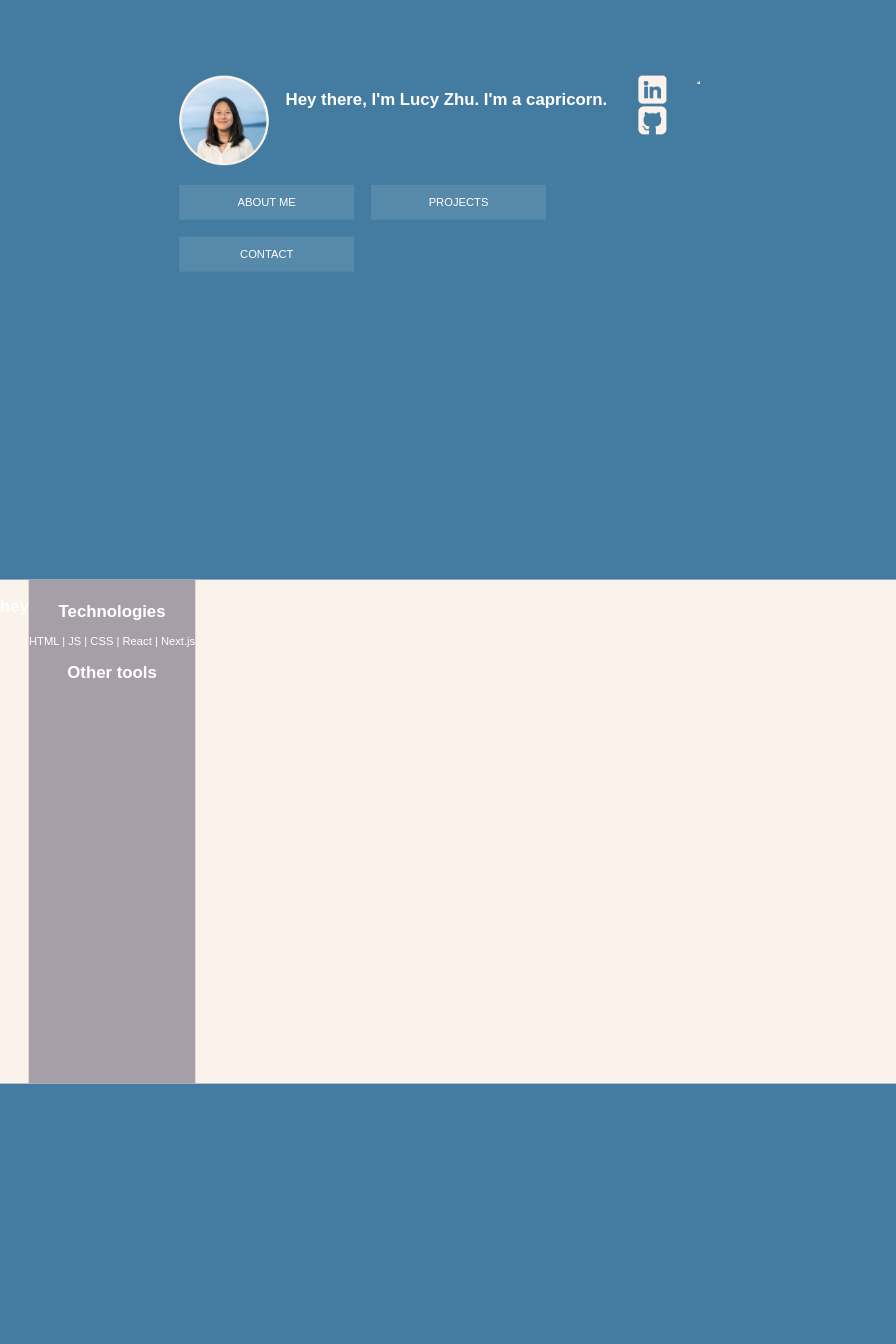
Repository: lukisoo/lukisoo-portfolio
Page: /
The author's editor kept a copy of each file at every save. The page is drawn from the files as they stood at one save, then again after the next save.
The browser window is 1280 px wide. The pictures show the part of the page from y = 0 to 1920 px (the page is 2988 px tall), at 70% of full size.
The project was rebuilt for these pictures with package versions that can differ from the ones it lists, and the page was loaded fresh each time.

Above is the page before, as saved 2022-07-31 06:53:35.

After the next save:
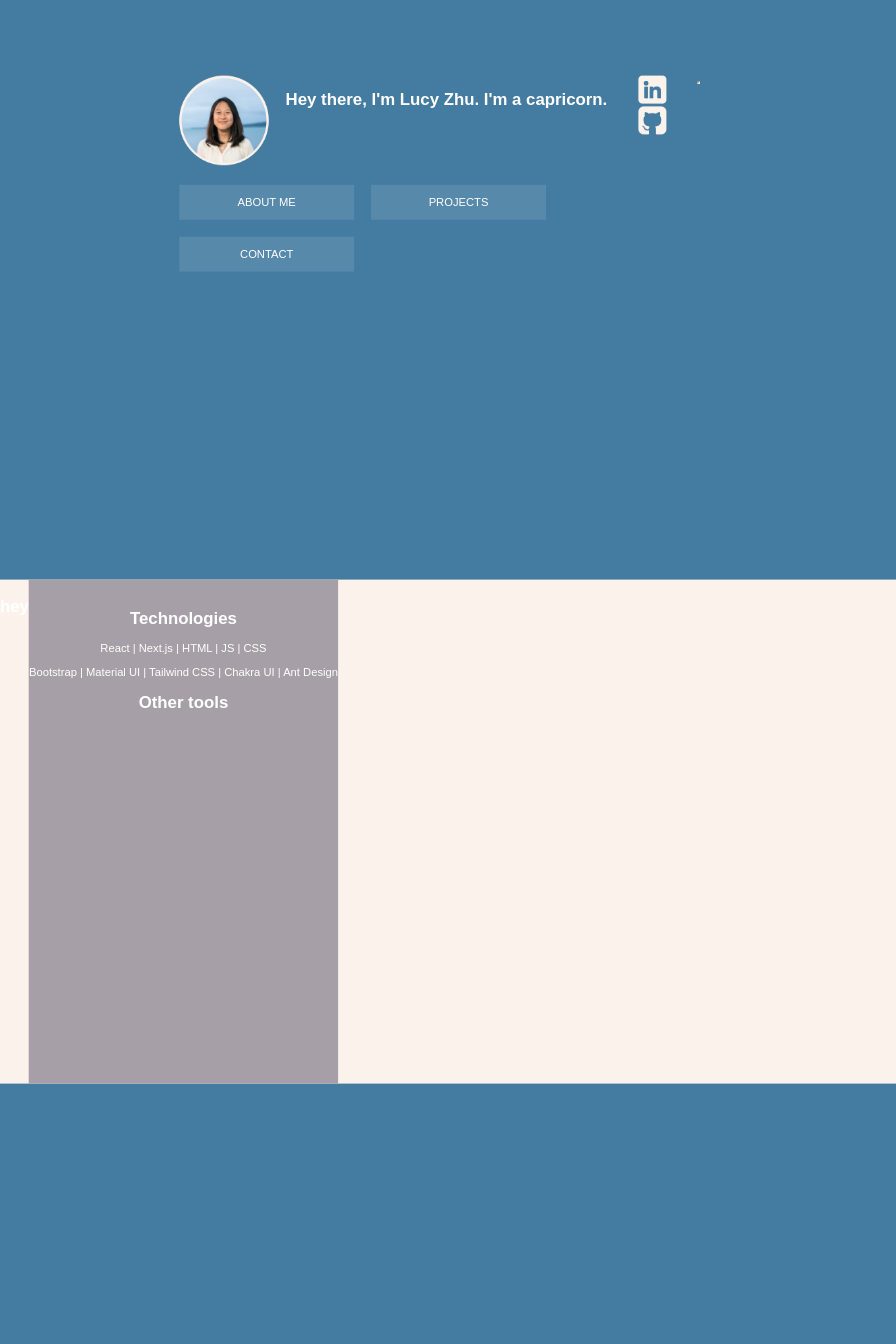
Saved 58 s later.
--- a/src/App.js
+++ b/src/App.js
@@ -87,7 +87,8 @@ function App() {
               <div className="about-me-right">
                 <div className="skills-content">
                   <h2>Technologies</h2>
-                  <p>HTML | JS | CSS | React | Next.js</p>
+                  <p>React | Next.js | HTML | JS | CSS</p>
+                  <p>Bootstrap | Material UI | Tailwind CSS | Chakra UI | Ant Design</p>
                   <h2>Other tools</h2>
                 </div>
 
